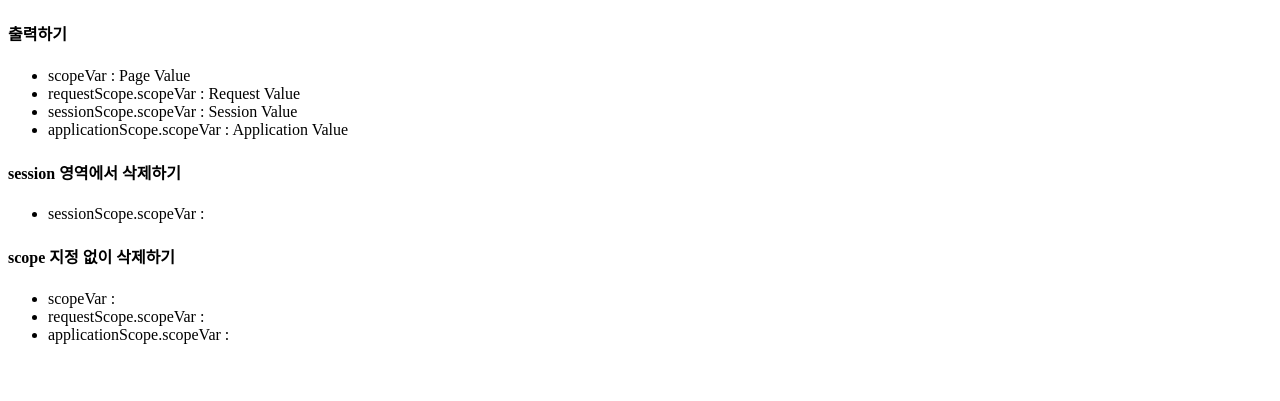
Repository: SteelIndustry/neo
Page: http://localhost/HelloWorld/11JSTL/core/Remove.jsp
These files come from the project's save history. The page is drawn as it stood at one moment and after the next save; the edit follows.
The browser window is 1280 px wide. The pictures show the whole page.
The page is served by Tomcat 9. Other server files are loaded and not shown.

Above is the page before, as saved 2022-09-09 09:38:01.

### WebJSP/HelloWorld/WebContent/11JSTL/core/Remove.jsp
<%@ page language="java" contentType="text/html; charset=UTF-8"
    pageEncoding="UTF-8"
    trimDirectiveWhitespaces="true"%>
<%@ taglib prefix="c" uri="http://java.sun.com/jsp/jstl/core" %>
<c:set var="scopeVar" value="Page Value" />
<c:set var="scopeVar" value="Request Value" scope="request"/>
<c:set var="scopeVar" value="Session Value" scope="session"/>
<c:set var="scopeVar" value="Application Value" scope="application"/>

<!DOCTYPE html>
<html>
<head>
<meta charset="UTF-8">
<title>JSTL - Remove</title>
</head>
<body>
	<h4>출력하기</h4>
	<ul>
		<li>scopeVar : ${scopeVar }</li>
		<li>requestScope.scopeVar : ${requestScope.scopeVar }</li>
		<li>sessionScope.scopeVar : ${ sessionScope.scopeVar }</li>
		<li>applicationScope.scopeVar : ${applicationScope.scopeVar }</li>
	</ul>

	<h4>session 영역에서 삭제하기</h4>
	<c:remove var="scopeVar" scope="session"/>
	<ul>
		<li>sessionScope.scopeVar : ${sessionScope.scopeVar }</li>
	</ul>

	<h4>scope 지정 없이 삭제하기</h4>
	<c:remove var="scopeVar"/>
	<ul>
		<li>scopeVar : ${scopeVar }</li>
		<li>requestScope.scopeVar : ${requestScope.scopeVar }</li>
		<li>applicationScope.scopeVar : ${applicationScope.scopeVar }</li>
	</ul>
</body>
</html>

After the next save:
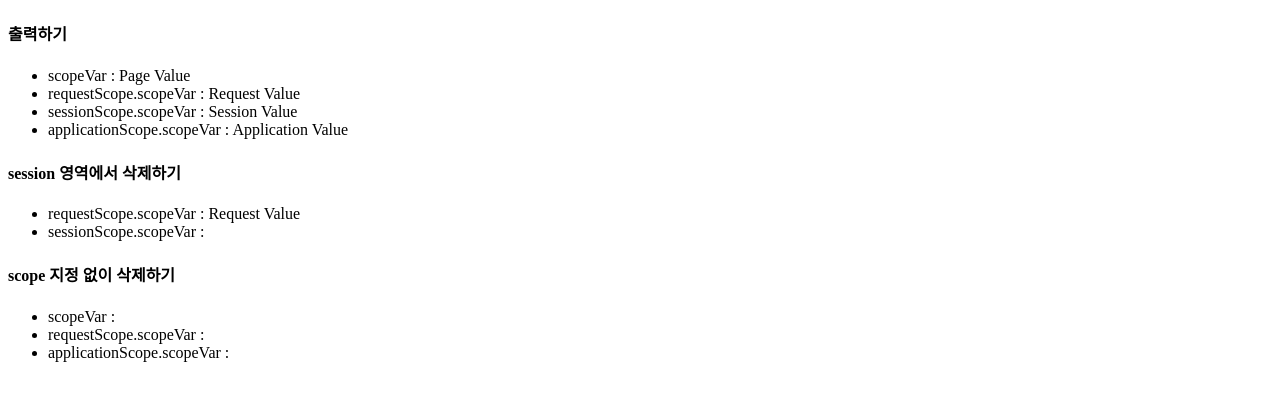
Saved 29 s later.
--- a/WebJSP/HelloWorld/WebContent/11JSTL/core/Remove.jsp
+++ b/WebJSP/HelloWorld/WebContent/11JSTL/core/Remove.jsp
@@ -25,6 +25,7 @@
 	<h4>session 영역에서 삭제하기</h4>
 	<c:remove var="scopeVar" scope="session"/>
 	<ul>
+		<li>requestScope.scopeVar : ${requestScope.scopeVar }</li>
 		<li>sessionScope.scopeVar : ${sessionScope.scopeVar }</li>
 	</ul>
 
